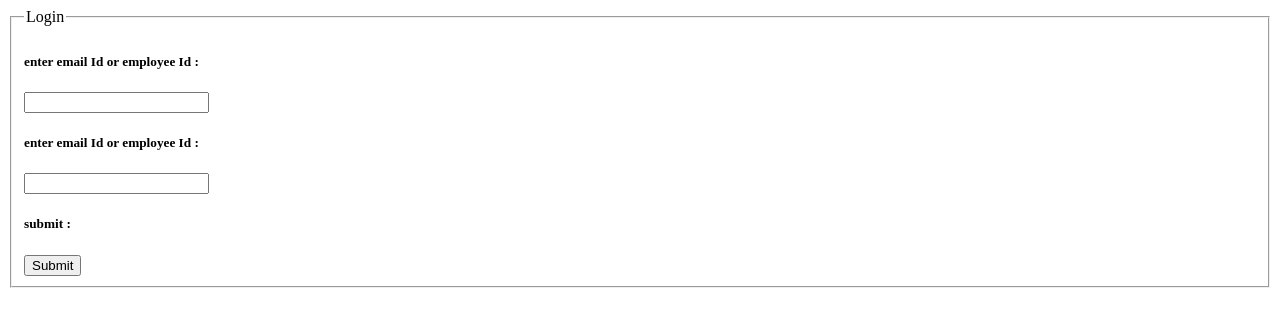
Repository: Tapaskrr/all-project
Page: http://localhost/check_check/WEB-INF/views/login.jsp
The author's editor kept a copy of each file at every save. The page is drawn from the files as they stood at one save, then again after the next save.
The browser window is 1280 px wide. The pictures show the whole page.
The page is served by Tomcat 9. Nobody is signed in. Other server files are loaded and not shown. The template is opened directly, without the code that normally fills it, so the values that code supplies are empty.

Above is the page before, as saved 2022-10-23 16:57:50.

### Eclipse New Workspace/check_check/src/main/webapp/WEB-INF/views/login.jsp
<%@ page language="java" contentType="text/html; charset=ISO-8859-1"
    pageEncoding="ISO-8859-1"%>
<!DOCTYPE html>
<html>
<head>
<meta charset="ISO-8859-1">
<title>Insert title here</title>
</head>
<body>
<fieldset>
<legend>Login</legend>

<form action="./loginPage">

<h5>enter email Id or employee Id : </h5>
<input type="text" name="userEmailIdOrEmpId">

<h5>enter email Id or employee Id : </h5>
<input type="text" name="userPwdId">

<h5>submit : </h5>
<input type="submit" name="userSubmit">



</form>



</fieldset>
</body>
</html>

After the next save:
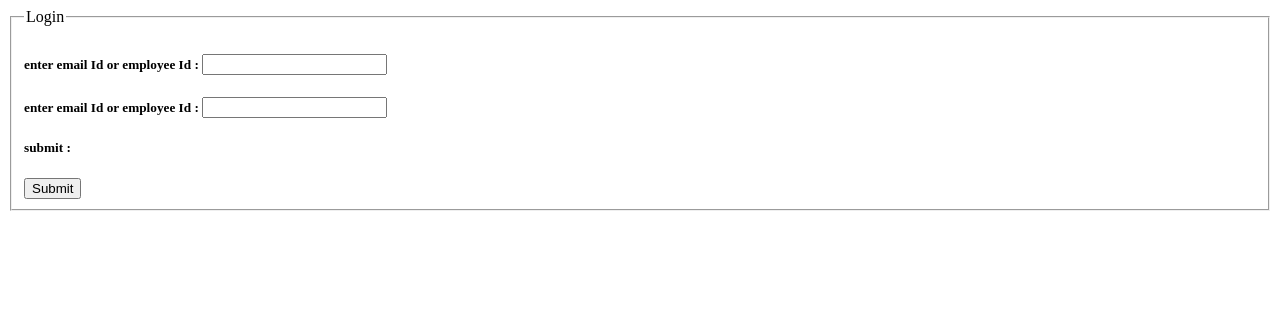
Saved 49 s later.
--- a/Eclipse New Workspace/check_check/src/main/webapp/WEB-INF/views/login.jsp
+++ b/Eclipse New Workspace/check_check/src/main/webapp/WEB-INF/views/login.jsp
@@ -12,11 +12,11 @@
 
 <form action="./loginPage">
 
-<h5>enter email Id or employee Id : </h5>
-<input type="text" name="userEmailIdOrEmpId">
+<h5>enter email Id or employee Id : <input type="text" name="userEmailIdOrEmpId"></h5>
 
-<h5>enter email Id or employee Id : </h5>
-<input type="text" name="userPwdId">
+
+<h5>enter email Id or employee Id : <input type="text" name="userPwdId"></h5>
+
 
 <h5>submit : </h5>
 <input type="submit" name="userSubmit">
